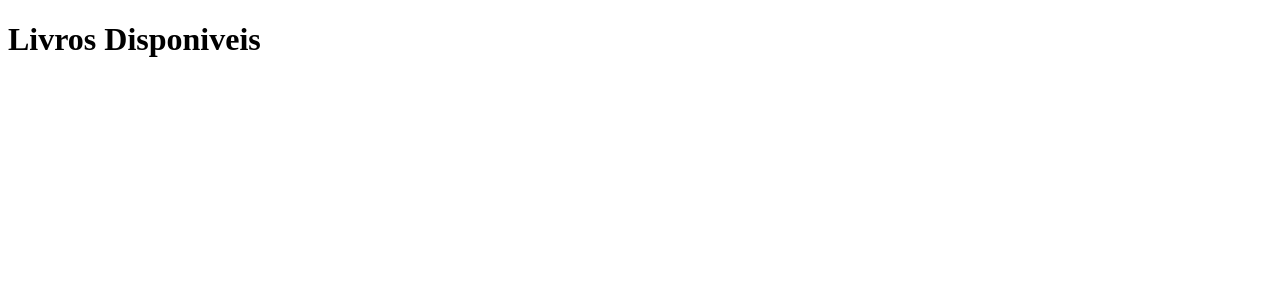
Repository: lmsmorais/ProjectEpiousion
Page: http://localhost/LibraryProject/LivrosDisponiveisServlet
An editor plug-in stored every save of this project. The page is shown before and after the next save, followed by the edit.
The browser window is 1280 px wide. The pictures show the whole page.
The page is served by Tomcat 9. Queries for data that is not in the repository find no rows.

Above is the page before, as saved 2020-11-11 18:07:56.

After the next save:
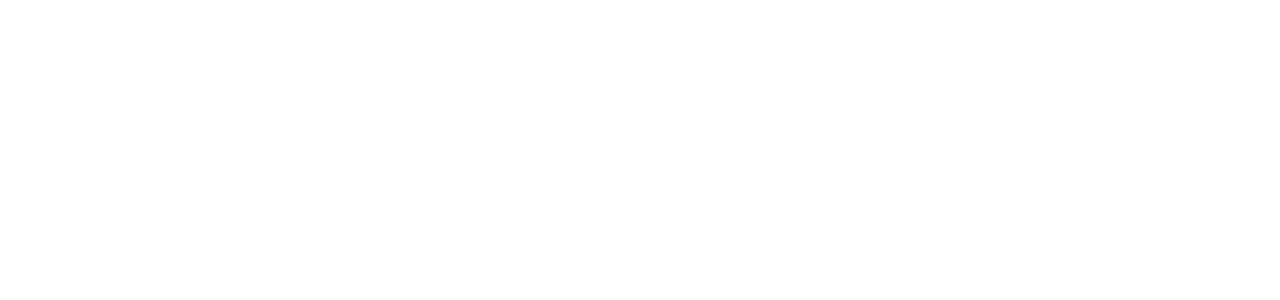
Saved 118 s later.
--- a/LibraryProject/WebContent/livrosDisponiveis.jsp
+++ b/LibraryProject/WebContent/livrosDisponiveis.jsp
@@ -1,21 +1,11 @@
 <%@ page language="java" contentType="text/html; charset=ISO-8859-1"
     pageEncoding="ISO-8859-1" %>
-<!DOCTYPE html>
+
 <%@taglib prefix="c" uri="http://java.sun.com/jsp/jstl/core"%>
-<html>
-    <head>
-        <title>Livros Disponíveis</title>
-        <meta charset='UTF-8'>
-    </head>
-    <body>
-        <h1>Livros Disponiveis</h1>
-			<table>
-	            <c:forEach var="livros" items="${livros}">
-	                <tr>
-	                    <td><c:out value="${livros.idLivro}"/></td>
-	                    <td><c:out value="${livros.nomeLivro}"/></td>
-	                </tr>
-	            </c:forEach>
-			</table>
-    </body>
-</html>
+
+<c:forEach var="livros" items="${livros}">
+
+<c:out value="${livros.idLivro}"/>
+<c:out value="${livros.nomeLivro}"/>
+
+</c:forEach>

After the save that followed:
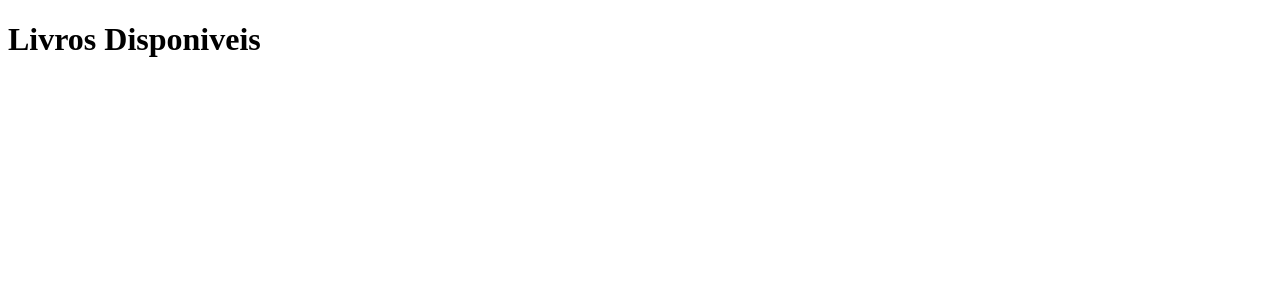
Saved 35 s later.
--- a/LibraryProject/WebContent/livrosDisponiveis.jsp
+++ b/LibraryProject/WebContent/livrosDisponiveis.jsp
@@ -1,11 +1,21 @@
 <%@ page language="java" contentType="text/html; charset=ISO-8859-1"
     pageEncoding="ISO-8859-1" %>
-
+<!DOCTYPE html>
 <%@taglib prefix="c" uri="http://java.sun.com/jsp/jstl/core"%>
-
-<c:forEach var="livros" items="${livros}">
-
-<c:out value="${livros.idLivro}"/>
-<c:out value="${livros.nomeLivro}"/>
-
-</c:forEach>
+<html>
+    <head>
+        <title>Livros Disponíveis</title>
+        <meta charset='UTF-8'>
+    </head>
+    <body>
+        <h1>Livros Disponiveis</h1>
+			<table>
+	            <c:forEach var="livros" items="${livros}">
+	                <tr>
+	                    <td><c:out value="${livros.idLivro}"/></td>
+	                    <td><c:out value="${livros.nomeLivro}"/></td>
+	                </tr>
+	            </c:forEach>
+			</table>
+    </body>
+</html>
